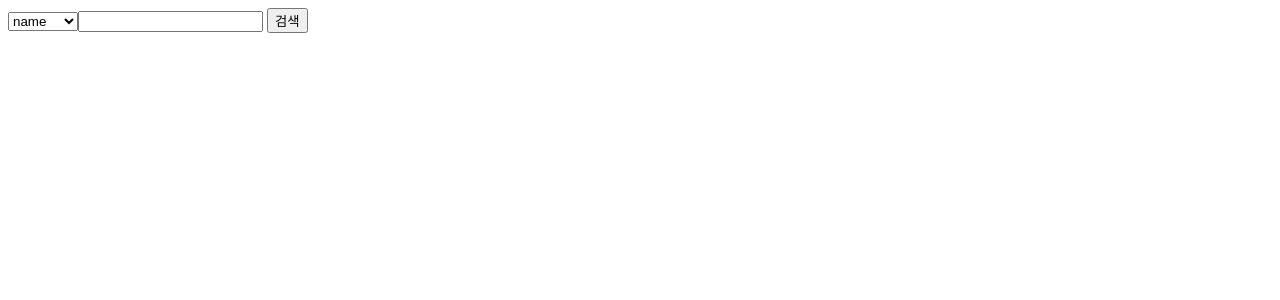
Repository: Hyuk-II/2-2
Page: 웹 프로그래밍/기말고사/src/main/webapp/jdbc-test.html
These files come from the project's save history. The page is drawn as it stood at one moment and after the next save; the edit follows.
The browser window is 1280 px wide. The pictures show the whole page.

Above is the page before, as saved 2024-12-09 01:05:30.

After the next save:
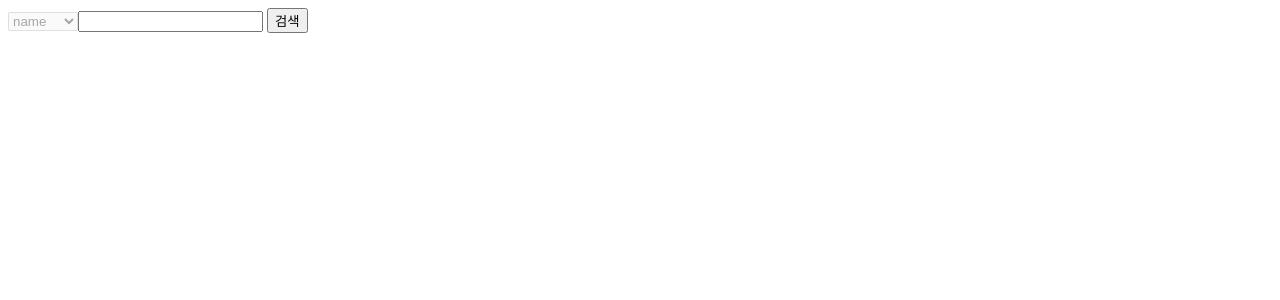
Saved 37 s later.
--- a/웹 프로그래밍/기말고사/src/main/webapp/jdbc-test.html
+++ b/웹 프로그래밍/기말고사/src/main/webapp/jdbc-test.html
@@ -6,7 +6,7 @@
 </head>
 <body>
 	<form method = "post" action ="jdbc-test4.jsp">
-		<select name = "find">
+		<select name = "find" disabled>
 		<option value="name"> name
 		<option value="address"> address
 		<input type="text" name="search">
